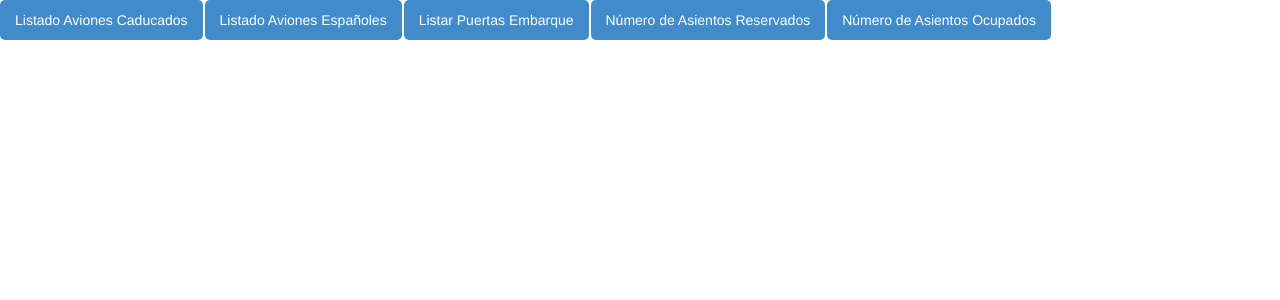
Repository: asbag/gestionaena
Page: http://localhost/gestionaena/index.jsp
These files come from the project's save history. The page is drawn as it stood at one moment and after the next save; the edit follows.
The browser window is 1280 px wide. The pictures show the whole page.
The page is served by Tomcat 9.

Above is the page before, as saved 2015-04-14 19:38:38.

After the next save:
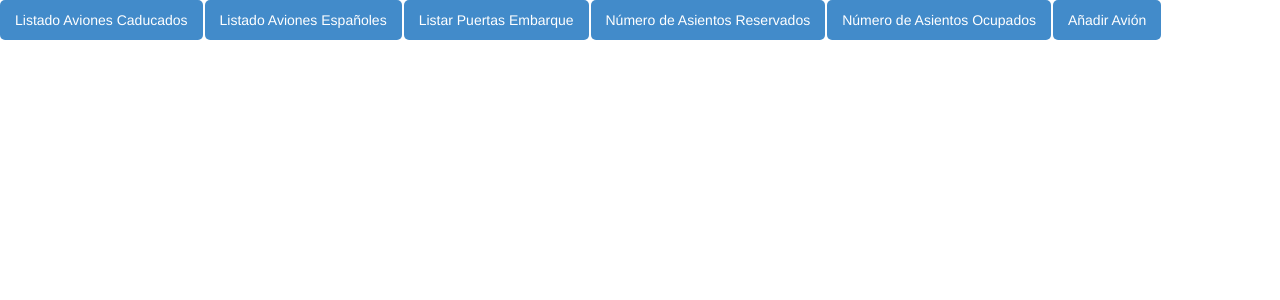
Saved 45 s later.
--- a/gestionaena/src/main/webapp/index.jsp
+++ b/gestionaena/src/main/webapp/index.jsp
@@ -32,6 +32,8 @@
 		<li class="active"><a
 			href="${pageContext.request.contextPath}/avion/num_asientos_ocupados">N&uacute;mero
 				de Asientos Ocupados</a></li>
+		<li class="active"><a
+			href="${pageContext.request.contextPath}/avion/insercion">Añadir Avi&oacute;n</a></li>
 	</ul>
 
 	<!-- Librería jQuery requerida por los plugins de JavaScript -->
